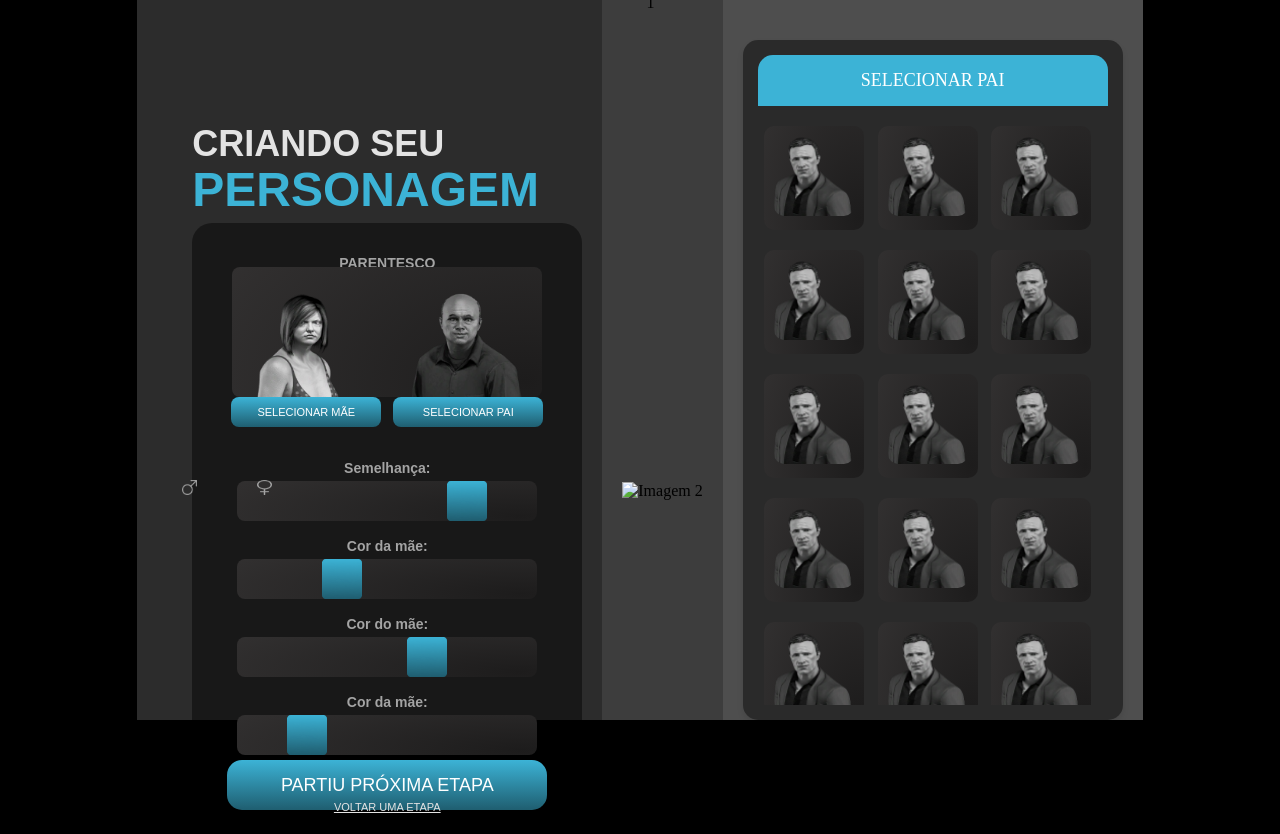
Repository: DuMCorrea/CriandoPerso
Page: index.html
The author's editor kept a copy of each file at every save. The page is drawn from the files as they stood at one save, then again after the next save.
The browser window is 1280 px wide. The pictures show the whole page.

Above is the page before, as saved 2024-09-03 21:24:27.
Not found: assets/Boneco.png
Not found: assets/FlashStore 1.png

### index.html
<!DOCTYPE html>
<html lang="en">
<head>
    <meta charset="UTF-8">
    <meta name="viewport" content="width=device-width, initial-scale=1.0">
    <title>Dividindo a Tela com Imagens</title>
    <link rel="stylesheet" href="styles.css">
</head>
<body>
    <div class="container">
        <div class="left">
            <h1 class="title">
                <span class="part1">CRIANDO SEU</span>
                <span class="part2">PERSONAGEM</span>
            </h1>
            <div class="vertical-rectangle">
                <div class="title-container">
                    <h2 class="parentesco-title">PARENTESCO</h2>
                </div>
                <div class="image-rectangle">
                    <img src="assets/mulher.png" alt="Imagem 1" class="rectangle-image">
                    <img src="assets/homem.png" alt="Imagem 2" class="rectangle-image">
                </div>
                <div class="button-group">
                    <button class="top-button">SELECIONAR MÃE</button>
                    <button class="top-button">SELECIONAR PAI</button>
                </div>
                <div class="rectangles-group">
                    <div class="image-container">
                        <img src="assets/Fem.png" alt="Imagem 1" class="small-image left-image">
                        <img src="assets/Masc.png" alt="Imagem 2" class="small-image right-image">
                    </div>
                    <div class="rectangle-title">Semelhança:</div>
                    <div class="gradient-rectangle">
                        <img src="assets/quadradoAzul.png" alt="Imagem 1" class="small-image1">
                    </div>

                    <div class="rectangle-title">Cor da mãe:</div>
                    <div class="gradient-rectangle">
                        <img src="assets/quadradoAzul.png" alt="Imagem 2" class="small-image2">
                    </div>

                    <div class="rectangle-title">Cor do mãe:</div>
                    <div class="gradient-rectangle">
                        <img src="assets/quadradoAzul.png" alt="Imagem 3" class="small-image3">
                    </div>

                    <div class="rectangle-title">Cor da mãe:</div>
                    <div class="gradient-rectangle">
                        <img src="assets/quadradoAzul.png" alt="Imagem 4" class="small-image4">
                    </div>
                </div>
                <button class="rectangle-button">PARTIU PRÓXIMA ETAPA</button>
                <button class="back-button">VOLTAR UMA ETAPA</button>
            </div>
        </div>
        <div class="center">
            <img src="assets/FlashStore 1.png" alt="Imagem 1" class="top-image">
            <img src="assets/Boneco.png" alt="Imagem 2" class="center-image">
        </div>
        <div class="right">
            <div class="novo-retangulo">
                <div class="titulo-retangulo">SELECIONAR PAI</div>
                <div class="conteudo-scroll">
                    <div class="imagens-container">
                        <div class="imagem-wrapper">
                            <img src="assets/homemQuadrado.png" alt="Imagem 1">
                        </div>
                        <div class="imagem-wrapper">
                            <img src="assets/homemQuadrado.png" alt="Imagem 2">
                        </div>
                        <div class="imagem-wrapper">
                            <img src="assets/homemQuadrado.png" alt="Imagem 3">
                        </div>
                    </div>
                    <div class="imagens-container">
                        <div class="imagem-wrapper">
                            <img src="assets/homemQuadrado.png" alt="Imagem 1">
                        </div>
                        <div class="imagem-wrapper">
                            <img src="assets/homemQuadrado.png" alt="Imagem 2">
                        </div>
                        <div class="imagem-wrapper">
                            <img src="assets/homemQuadrado.png" alt="Imagem 3">
                        </div>
                    </div>
                    <div class="imagens-container">
                        <div class="imagem-wrapper">
                            <img src="assets/homemQuadrado.png" alt="Imagem 1">
                        </div>
                        <div class="imagem-wrapper">
                            <img src="assets/homemQuadrado.png" alt="Imagem 2">
                        </div>
                        <div class="imagem-wrapper">
                            <img src="assets/homemQuadrado.png" alt="Imagem 3">
                        </div>
                    </div>
                    <div class="imagens-container">
                        <div class="imagem-wrapper">
                            <img src="assets/homemQuadrado.png" alt="Imagem 1">
                        </div>
                        <div class="imagem-wrapper">
                            <img src="assets/homemQuadrado.png" alt="Imagem 2">
                        </div>
                        <div class="imagem-wrapper">
                            <img src="assets/homemQuadrado.png" alt="Imagem 3">
                        </div>
                    </div>
                    <div class="imagens-container">
                        <div class="imagem-wrapper">
                            <img src="assets/homemQuadrado.png" alt="Imagem 1">
                        </div>
                        <div class="imagem-wrapper">
                            <img src="assets/homemQuadrado.png" alt="Imagem 2">
                        </div>
                        <div class="imagem-wrapper">
                            <img src="assets/homemQuadrado.png" alt="Imagem 3">
                        </div>
                    </div>
                    <div class="imagens-container">
                        <div class="imagem-wrapper">
                            <img src="assets/homemQuadrado.png" alt="Imagem 1">
                        </div>
                        <div class="imagem-wrapper">
                            <img src="assets/homemQuadrado.png" alt="Imagem 2">
                        </div>
                        <div class="imagem-wrapper">
                            <img src="assets/homemQuadrado.png" alt="Imagem 3">
                        </div>
                    </div>
                    <!-- Continue repetindo conforme necessário -->
                </div>
            </div>
        </div>

    </div>
</body>

</html>

### styles.css
body, html {
    margin: 0;
    padding: 0;
    height: 100%;
    display: flex;
    justify-content: center;
    align-items: center;
    background-color: #000; /* Fundo escuro */
}

.container {
    display: flex;
    width: 100%;
    height: 100%;
}

.container > div {
    flex: 1; /* Cada div ocupa 1/3 do espaço disponível */
    height: 100%;
    padding: 20px;
    box-sizing: border-box;
}



/* PARTE ESQUERDA */



.left {
    background-color: #2c2c2c;
    display: flex;
    flex-direction: column;
    justify-content: flex-start;
    align-items: flex-start;

}

.title {
    margin: 100px 0 0 0; /* Adiciona margem superior para mover o título para baixo */
    padding: 0;
}

.part1 {
    font-family: 'Baloo Bhai', sans-serif;
    font-size: 36px;
    font-weight: 700; /* Aumenta o peso da fonte para deixá-la mais grossa */
    line-height: 48px;
    text-align: left;
    color: #E3E3E3;
    display: block;
    margin-bottom: -10px; /* Reduz a distância entre as duas partes do título */
    margin-left: 35px;
}

.part2 {
    font-family: 'Baloo Bhai', sans-serif;
    font-size: 48px;
    font-weight: 700; /* Aumenta o peso da fonte para deixá-la mais grossa */
    line-height: 64px;
    text-align: left;
    color: #3CB3D6;
    display: block;
    margin-left: 35px;
}

.vertical-rectangle {
    width: 390px; /* Largura do retângulo */
    height: 660px; /* Altura do retângulo */
    background: #00000075; /* Cor de fundo com opacidade */
    border-radius: 20px; /* Bordas arredondadas */
    margin-left: 35px; /* Alinhamento com o título */
    margin-top: 1px; /* Espaço entre o título e o retângulo */
    display: flex;
    flex-direction: column;
    justify-content: space-between; /* Distribui o espaço */
    align-items: center; /* Centraliza os conteúdos */
}


.rectangle-button {
    width: 320px; /* Largura do botão */
    height: 50px; /* Altura do botão */
    background: linear-gradient(180deg, #3CB3D6 0%, #1F5E70 100%); /* Gradiente de cor */
    border-radius: 15px; /* Bordas arredondadas */
    border: none; /* Remove borda padrão do botão */
    color: white; /* Cor do texto */
    font-family: 'Baloo Bhai', sans-serif;
    font-size: 18px; /* Tamanho do texto */
    display: flex;
    justify-content: center; /* Centraliza horizontalmente */
    align-items: center; /* Centraliza verticalmente */
    margin-bottom: -15px; /* Ajusta o espaçamento superior */
    cursor: pointer;
}

.back-button {
    background: none; /* Remove o fundo */
    border: none; /* Remove a borda */
    color: #E3E3E3; /* Cor do texto */
    font-family: 'Baloo Bhai', sans-serif;
    font-size: 11px; /* Tamanho do texto */
    margin-bottom: 20px; /* Espaçamento superior ajustado */
    text-decoration: underline; /* Adiciona sublinhado */
    cursor: pointer; /* Muda o cursor ao passar por cima */
}


.button-group {
    display: flex;
    justify-content: space-between; /* Espaça os botões igualmente */
    width: 0%; /* Largura igual à do retângulo */
    padding: 10px 20px; /* Adiciona espaçamento ao redor dos botões */
}

.top-button {
    width: 50px; /* Largura dos botões */
    height: 40px; /* Altura dos botões */
    background: linear-gradient(180deg, #3CB3D6 0%, #1F5E70 100%); /* Gradiente de cor */
    border-radius: 15px; /* Bordas arredondadas */
    border: none; /* Remove borda padrão do botão */
    color: white; /* Cor do texto */
    font-family: 'Baloo Bhai', sans-serif;
    font-size: 16px; /* Tamanho do texto */
    display: flex;
    justify-content: center; /* Centraliza horizontalmente */
    align-items: center; /* Centraliza verticalmente */
    cursor: pointer;
}




.gradient-rectangle {
    width: 300px; /* Largura igual ao botão */
    height: 40px; /* Altura padrão para cada retângulo, ajuste conforme necessário */
    background: radial-gradient(547.21% 823.76% at 94.51% 88.04%, #1D1C1C 0%, #837E7E 100%);
    border-radius: 8px; /* Bordas arredondadas, igual ao botão */
    margin-bottom: 1px; /* Diminui a distância entre os retângulos */
    margin-top: 38px;
    margin-left: 0px;
}

.rectangle-title {
    width: 300px; /* Largura igual ao botão e retângulos */
    height: 30px; /* Altura do título */
    border-radius: 8px; /* Bordas arredondadas */
    display: flex;
    align-items: center; /* Centraliza verticalmente o texto */
    justify-content: center; /* Centraliza horizontalmente o texto */
    color: #A4A4A4; /* Cor do texto */
    font-weight: 700;
    font-family: 'Baloo Bhai', sans-serif;
    font-size: 14px; /* Tamanho do texto */
    margin-bottom: -40px; /* Espaçamento entre o título e o retângulo */
    margin-top: 10px;

}

.image-container {
    width: 50%;
    display: flex;
    justify-content: space-between; /* Coloca uma imagem em cada lado */
    position: absolute; /* As imagens ficam fora do fluxo normal */
    top: 35px; /* Ajusta a posição acima do retângulo */
    padding: 0 10px; /* Espaçamento lateral entre as bordas */
}

.small-image {
    width: 15px; /* Define o tamanho da imagem */
    height: 15px;
}

.left-image {
    position: relative;
    left: 10px;
    top: 445px;
}

.right-image {
    position: relative;
    right: 690px;
    top: 445px
}

.small-image1 {
    width: 40px;
    height: 40px;
    left: 210px;
    position: relative;
}
.small-image2 {
    width: 40px;
    height: 40px;
    left: 85px;
    position: relative;
}
.small-image3 {
    width: 40px;
    height: 40px;
    left: 170px;
    position: relative;
}
.small-image4 {
    width: 40px;
    height: 40px;
    left: 50px;
    position: relative;
}

.button-group {
    display: flex;
    justify-content: space-between; /* Espaça os botões igualmente */
    width: 80%; /* Largura do grupo de botões */
    height: 1%;
    top: -15px;
    position: relative;
}

.top-button {
    width: 150px; /* Largura dos botões */
    height: 30px; /* Altura dos botões */
    background: linear-gradient(180deg, #3CB3D6 0%, #1F5E70 100%); /* Gradiente de cor */
    border-radius: 8px; /* Bordas arredondadas */
    border: none; /* Remove borda padrão do botão */
    color: white; /* Cor do texto */
    font-family: 'Baloo Bhai', sans-serif;
    font-size: 11px; /* Tamanho do texto */
    cursor: pointer;
}

.rectangles-group {
    margin-top: 10px; /* Ajusta o espaçamento superior */
}

.image-rectangle {
    width: 290px; /* Largura do retângulo */
    height: 130px; /* Altura do retângulo */
    background: radial-gradient(547.21% 823.76% at 94.51% 88.04%, #1D1C1C 0%, #837E7E 100%); /* Gradiente de fundo */
    border-radius: 8px; /* Bordas arredondadas */
    display: flex;
    justify-content: space-between; /* Espaça as imagens igualmente */
    align-items: center; /* Centraliza verticalmente */
    padding: 0 10px; /* Espaçamento lateral interno */
    position: relative;
    top: 0px;
}

.rectangle-image {
    width: 110px; /* Largura das imagens */
    height: 110px; /* Altura das imagens */
    position: relative;
    right: 10px;
    top: 10px;
    bottom: 0px;
}

/* Estilo para o novo título sem fundo */
.title-container {
    width: 0%;
    display: flex;
    justify-content: center; /* Centraliza o título horizontalmente */
    margin-bottom: 0; /* Remove o espaço entre o título e o retângulo de imagens */
}

.parentesco-title {
    color: #A4A4A4; /* Cor do texto */
    font-family: 'Baloo Bhai', sans-serif;
    font-size: 14px; /* Tamanho do texto */
    font-weight: bold;
    text-align: center; /* Centraliza o texto dentro do título */
    position: relative;
    top: 20px;
}

/* PARTE CENTRAL */



.center {
    background-color: #3d3d3d; /* Cor de fundo para a div central */
    display: flex;
    flex-direction: column;
    align-items: center;
    justify-content: space-between; /* Distribui o espaço entre as imagens */
}


.top-image {
    max-width: 40%;
    height: auto;
    margin-top: -60px;
}

.center-image {
    max-width: 200%;
    height: auto;
    margin-top: auto; /* Centraliza verticalmente */
    margin-bottom: 200px;
}


/* PARTE DIREITA */



.right {
    background-color: #4e4e4e;
}

.novo-retangulo {
    width: 350px;
    height: 650px;
    background-color: rgba(0, 0, 0, 0.46);
    border-radius: 15px;
    margin: 20px auto;
    padding: 15px;
    box-shadow: 0 4px 6px rgba(0, 0, 0, 0.1);
    display: flex;
    flex-direction: column;
}

.titulo-retangulo {
    background-color: #3CB3D6;
    color: white;
    font-size: 18px;
    text-align: center;
    padding: 15px;
    border-radius: 15px 15px 0 0;
    box-sizing: border-box;
    margin-bottom: 20px;
}

.conteudo-scroll {
    flex-grow: 1; /* Faz o contêiner de rolagem ocupar o espaço restante */
    overflow-y: auto;
    padding-right: 10px;
}

.imagens-container {
    display: flex;
    justify-content: space-around;
    margin-bottom: 20px; /* Espaço entre as imagens e o próximo grupo */
}

.imagem-wrapper {
    background: radial-gradient(547.21% 823.76% at 94.51% 88.04%, #1D1C1C 0%, #837E7E 100%);
    border-radius: 10px;
    padding: 10px;
}

.imagem-wrapper img {
    width: 80px;
    height: 80px;
    border-radius: 10px;
}

.conteudo-scroll::-webkit-scrollbar {
    width: 10px;
}

.conteudo-scroll::-webkit-scrollbar-thumb {
    background-color: #888;
    border-radius: 10px;
}

.conteudo-scroll::-webkit-scrollbar-track {
    background-color: transparent;
}

After the next save:
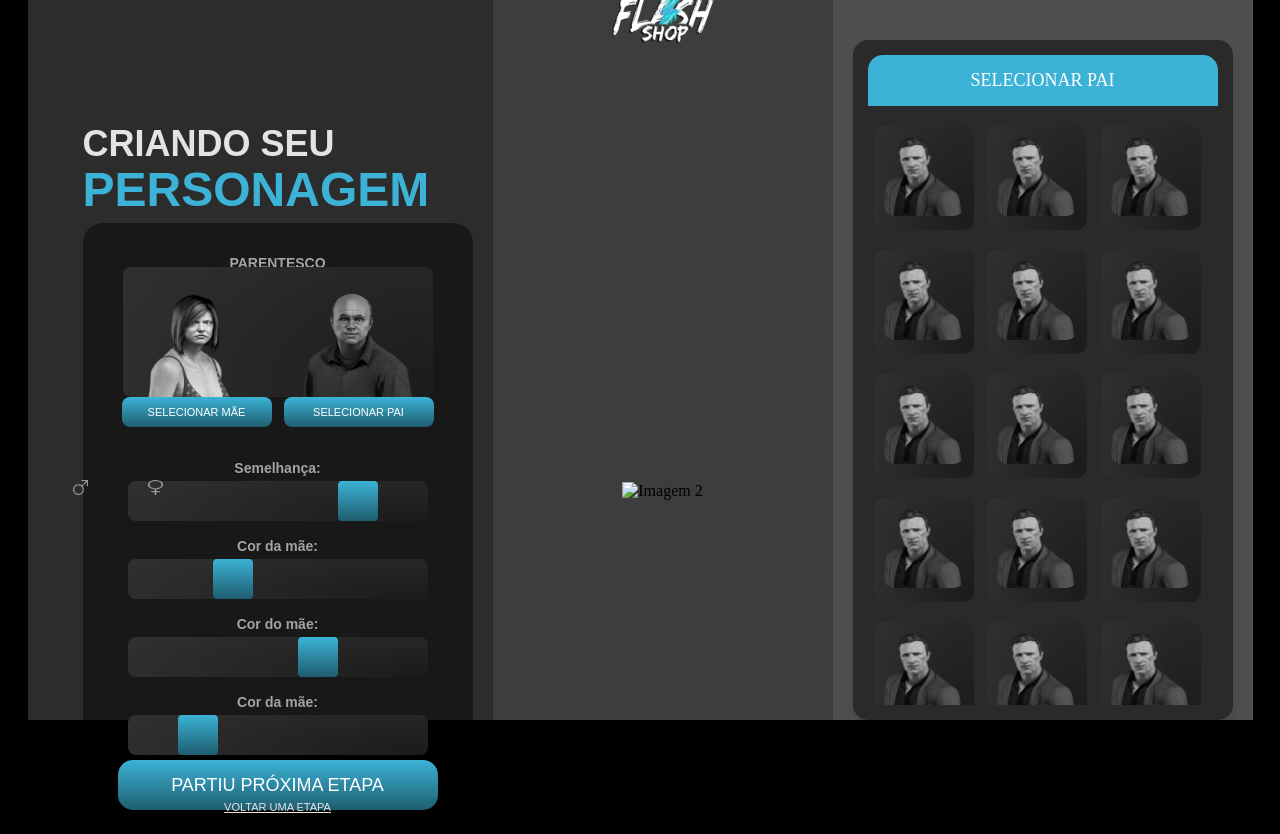
Saved 10 s later.
--- a/index.html
+++ b/index.html
@@ -55,7 +55,7 @@
             </div>
         </div>
         <div class="center">
-            <img src="assets/FlashStore 1.png" alt="Imagem 1" class="top-image">
+            <img src="assets/FlashStore 1 (1).png" alt="Imagem 1" class="top-image">
             <img src="assets/Boneco.png" alt="Imagem 2" class="center-image">
         </div>
         <div class="right">
